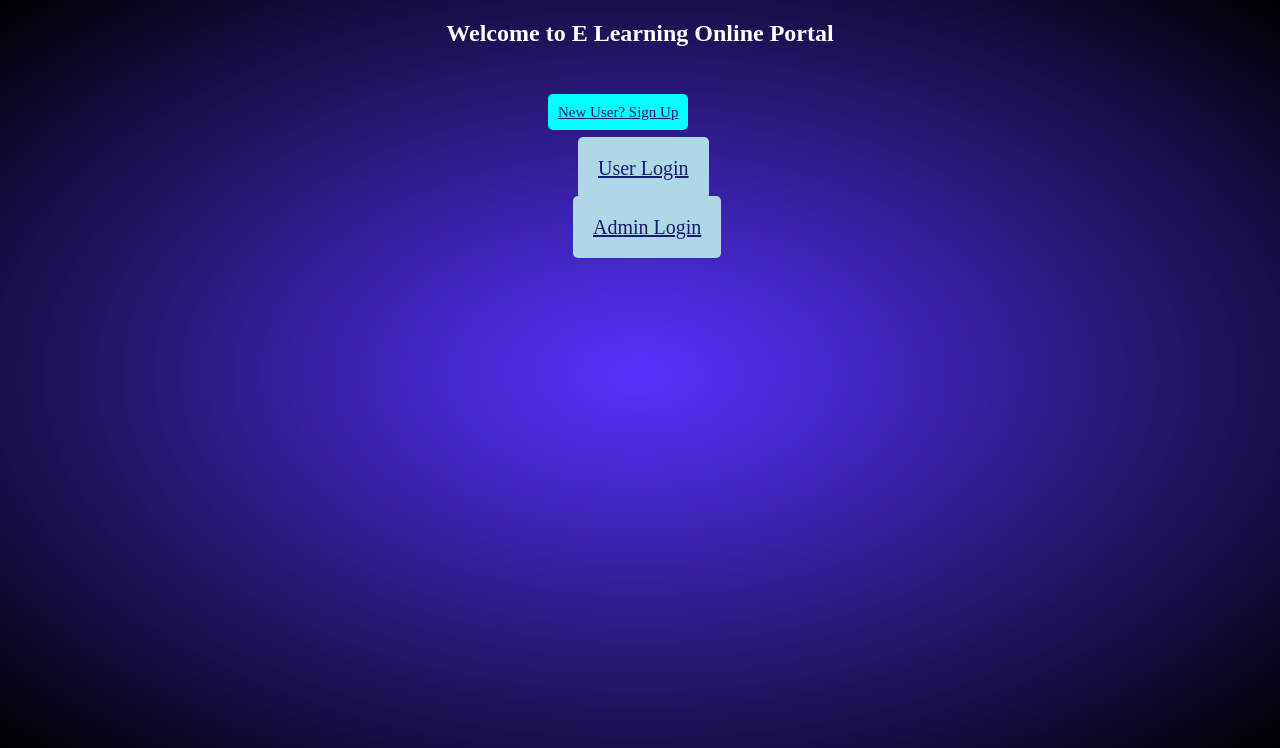
Repository: ShreyasG27/Amdocs-Training
Page: http://localhost/e-learning-frontend/
An editor plug-in stored every save of this project. The page is shown before and after the next save, followed by the edit.
The browser window is 1280 px wide. The pictures show the whole page.
The pointer rests on the first visible `.registerbutton`.
The page is served by Tomcat 9.

Above is the page before, as saved 2021-08-22 12:53:14.

After the next save:
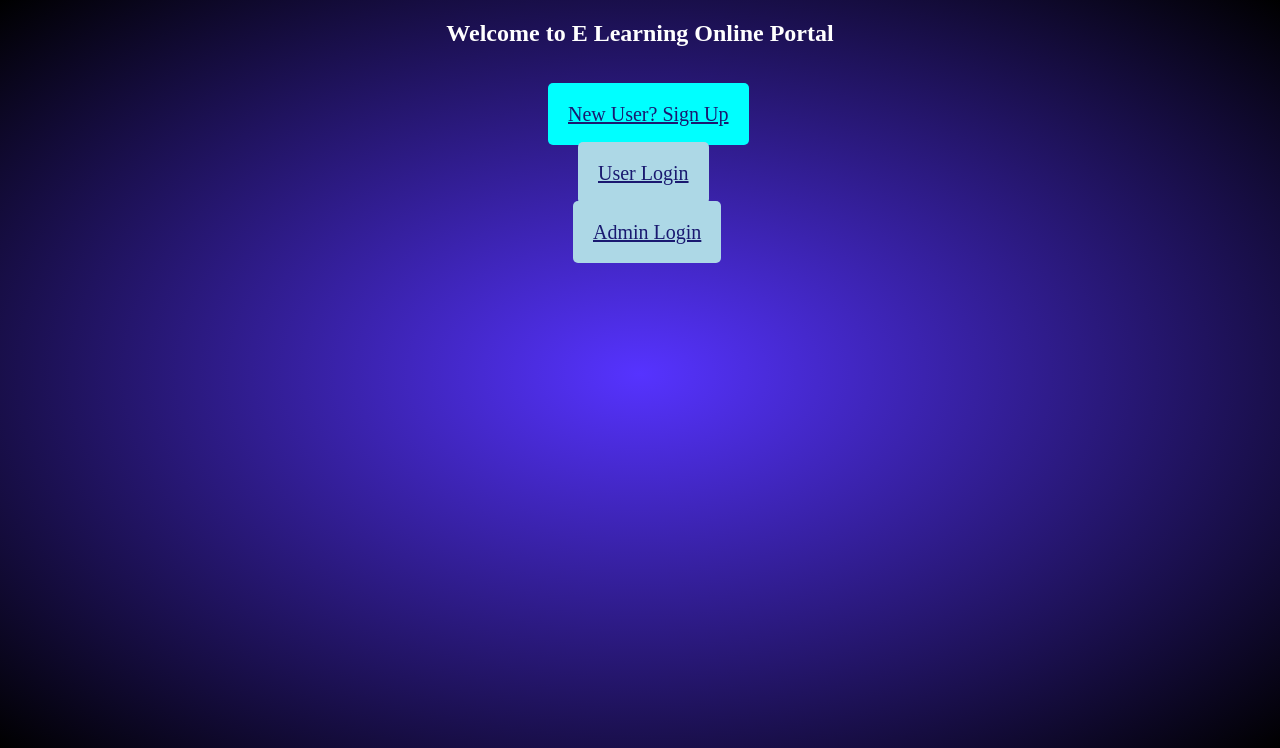
Saved 8 s later.
--- a/e-learning-frontend/src/main/webapp/index.jsp
+++ b/e-learning-frontend/src/main/webapp/index.jsp
@@ -58,8 +58,8 @@ body{
 }
 .registerbutton:hover{
 	margin-left:540px;
-	padding:10px;
-	font-size:15px;
+	padding:20px;
+	font-size:20px;
 	color: midnightblue;
 	background-color:cyan;
 	border-radius:5px;
